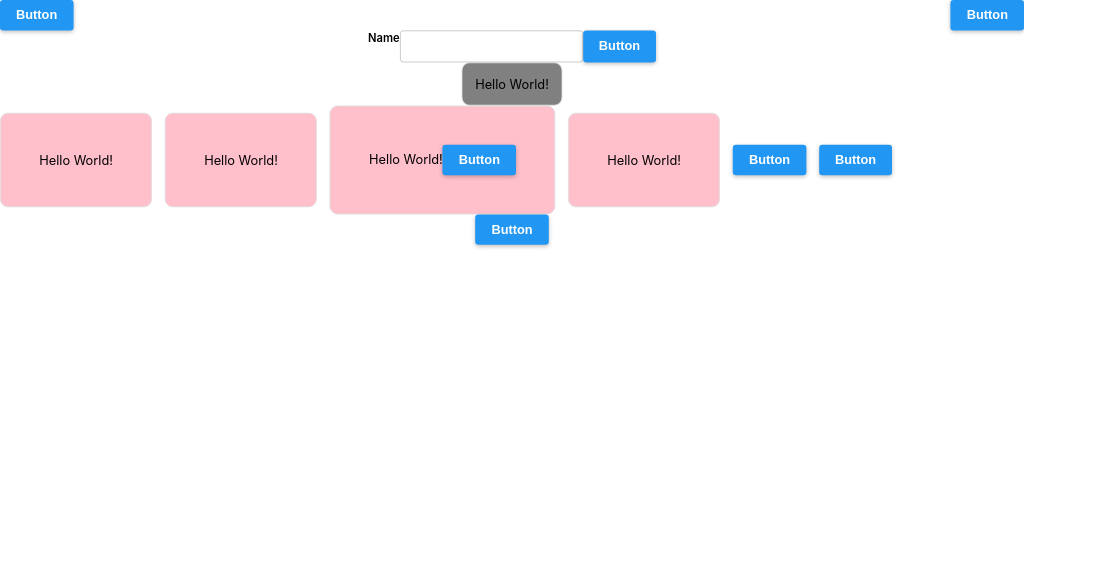
Repository: roistyx/react
Page: /layouts (app in layouts-app/)
These files come from the project's save history. The page is drawn as it stood at one moment and after the next save; the edit follows.
The browser window is 1280 px wide. The page is 1280 px wide, then 1394 px, then 1280 px, so the pictures cover 1394 px, including what lies to the right of the window. The pictures show the whole page, at 80% of full size.
The project was rebuilt for these pictures with package versions that can differ from the ones it lists, and the page was loaded fresh each time.

Above is the page before, as saved 2023-04-27 14:29:03.

### layouts-app/src/App.js
import React from 'react';
import { Between, SpaceEvenly, Center } from './layouts/Line';
import { Btn } from './elements/Btn';
import { Rows } from './layouts/Line';
import SearchField from './elements/TextField';
import { AlignCenter } from './layouts/Line';
import { Box } from './layouts/Box';

export default function App() {
	return (
		<div>
			<Between>
				<Btn>Button</Btn>
				<Btn>Button</Btn>
			</Between>
			<Rows>
				<AlignCenter>
					<SearchField />
				</AlignCenter>
			</Rows>
			<Center>
				<Box bgColor="grey" borderRadius="10px" gap="1rem">
					<span>Hello World!</span>
				</Box>
			</Center>
			<SpaceEvenly>
				<Box bgColor="pink" borderRadius="10px" gap="3rem">
					<span>Hello World!</span>
				</Box>
				<Box bgColor="pink" borderRadius="10px" gap="3rem">
					<span>Hello World!</span>
				</Box>
				<Box bgColor="pink" borderRadius="10px" gap="3rem">
					<span>Hello World!</span>
					<Btn>Button</Btn>
				</Box>
				<Box bgColor="pink" borderRadius="10px" gap="3rem">
					<span>Hello World!</span>
				</Box>
				<Btn>Button</Btn>
				<Btn>Button</Btn>
			</SpaceEvenly>
			<Center>
				<Btn>Button</Btn>
			</Center>
		</div>
	);
}

### layouts-app/src/layouts/Line.js
import './Line.css';

export const Line = ({ children, addClass }) => {
	return <div className={`Line ${addClass || ''}`}>{children}</div>;
};

export const Between = (props) => {
	return <Line {...props} addClass="between" />;
};

export const Center = (props) => {
	return <Line {...props} addClass="center" />;
};

export const SpaceEvenly = (props) => {
	console.log('SpaceEvenly', SpaceEvenly);
	return <Line {...props} addClass="space-evenly" />;
};

export const Rows = (props) => {
	return <Line {...props} addClass="rows" />;
};

export const AlignStart = ({ children }) => {
	return <div className="AlignStart">{children}</div>;
};

export const AlignCenter = ({ children }) => {
	return <div className="AlignCenter">{children}</div>;
};

### layouts-app/src/elements/Btn.js
import { Button } from '@mui/material';
import './Btn.css';
export const Btn = ({ children }) => {
	return (
		<button className="Btn">
			<span>{children}</span>{' '}
		</button>
		// <Button variant="contained" color="primary">
		// 	{' '}
		// 	<span>{children}</span>{' '}
		// </Button>
	);
};

### layouts-app/src/elements/TextField.js
import '../elements/TextField.css';
import React from 'react';
import { Btn } from '../elements/Btn.js';
import { TextField } from '@mui/material';

const SearchField = () => {
	return (
		<div>
			<form class="text-field">
				<label for="name">Name</label>
				<input type="text" id="name" name="name" />
				<Btn>Button</Btn>
			</form>
		</div>
	);
};

export default SearchField;

### layouts-app/src/layouts/Box.js
import './Box.css';

export const Box = ({ bgColor, borderRadius, gap, children }) => {
	const style = {
		...(bgColor ? { '--background': bgColor } : {}),
		...(borderRadius ? { '--border-radius': borderRadius } : {}),
		...(gap ? { '--gap': gap } : {}),
	};

	return (
		<div className="Box" style={style}>
			{children}
		</div>
	);
};

### layouts-app/src/layouts/Line.css
.Line {
	display: flex;
	gap: var(--gap);
	height: 100%;
	align-items: center;
}

.Line.between {
	justify-content: space-between;
}

.Line.center {
	justify-content: center;
}

Line.space-evenly {
	padding: 500px;
}

.Line.rows {
	flex-direction: column;
	align-items: stretch;
}

.AlignStart {
	align-self: flex-start;
}

.AlignCenter {
	align-self: center;
}

### layouts-app/src/elements/Btn.css
.Btn {
	display: inline-block;
	padding: 10px 20px;
	font-size: 16px;
	font-weight: 600;
	text-align: center;
	text-decoration: none;
	background-color: #2196f3;
	color: #fff;
	border-radius: 4px;
	border: none;
	cursor: pointer;
	box-shadow: 0px 2px 5px rgba(0, 0, 0, 0.25);
	transition: background-color 0.3s ease;
}
.Btn:hover {
	background-color: #0d6ec3;
}

### layouts-app/src/elements/TextField.css
.text-field {
	display: flex;
	flex-direction: row;
}

.text-field label {
	font-size: 14px;
	font-weight: 600;
	margin-bottom: 5px;
}

.text-field input {
	padding: 10px;
	font-size: 16px;
	border-radius: 4px;
	border: 1px solid #bdbdbd;
	transition: border-color 0.3s ease;
}
.text-field input:focus {
	outline: none;
	border-color: #2196f3;
}

### layouts-app/src/layouts/Box.css
:root {
	--background: green;
	--border: #ddd;
	--gap: 1rem;
	--border-radius: 0.25rem;
}

.Box {
	background-color: var(--background);
	border: 1px solid var(--border);
	padding: var(--gap);
	border-radius: var(--border-radius);
}

Loaded but not shown: layouts-app/public/index.html (common file); layouts-app/src/index.js (common file); layouts-app/src/index.css (common file); layouts-app/src/reportWebVitals.js (common file)

After the next save:
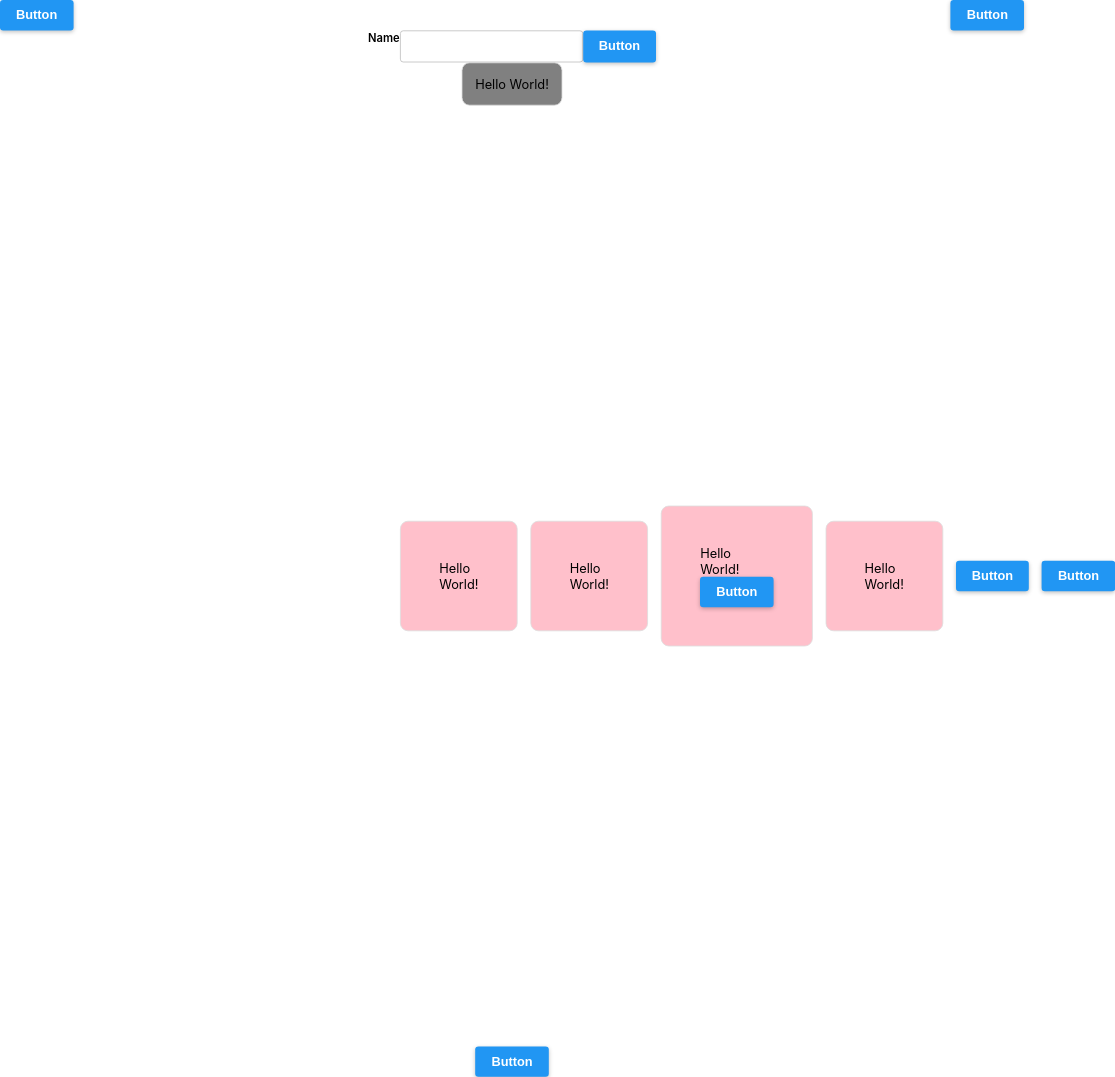
Saved 3 min 17 s later.
--- a/layouts-app/src/layouts/Line.css
+++ b/layouts-app/src/layouts/Line.css
@@ -13,7 +13,7 @@
 	justify-content: center;
 }
 
-Line.space-evenly {
+.space-evenly {
 	padding: 500px;
 }
 

After the save that followed:
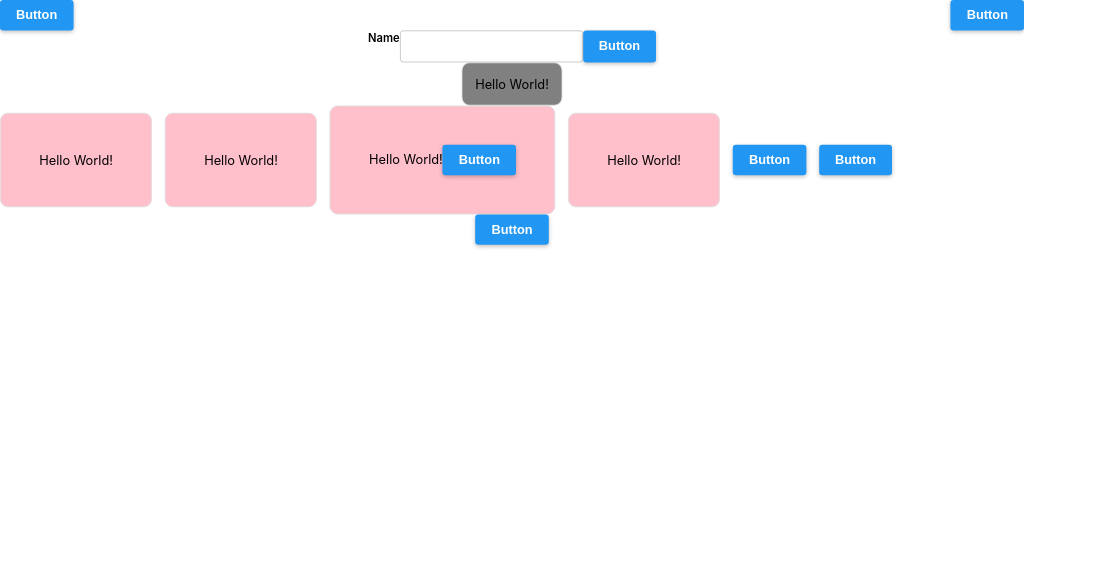
Saved 18 s later.
--- a/layouts-app/src/layouts/Line.css
+++ b/layouts-app/src/layouts/Line.css
@@ -13,8 +13,11 @@
 	justify-content: center;
 }
 
-.space-evenly {
-	padding: 500px;
+space-evenly {
+	justify-content: flex-end;
+	background-color: red;
+	height: 500px;
+	width: 500px;
 }
 
 .Line.rows {
